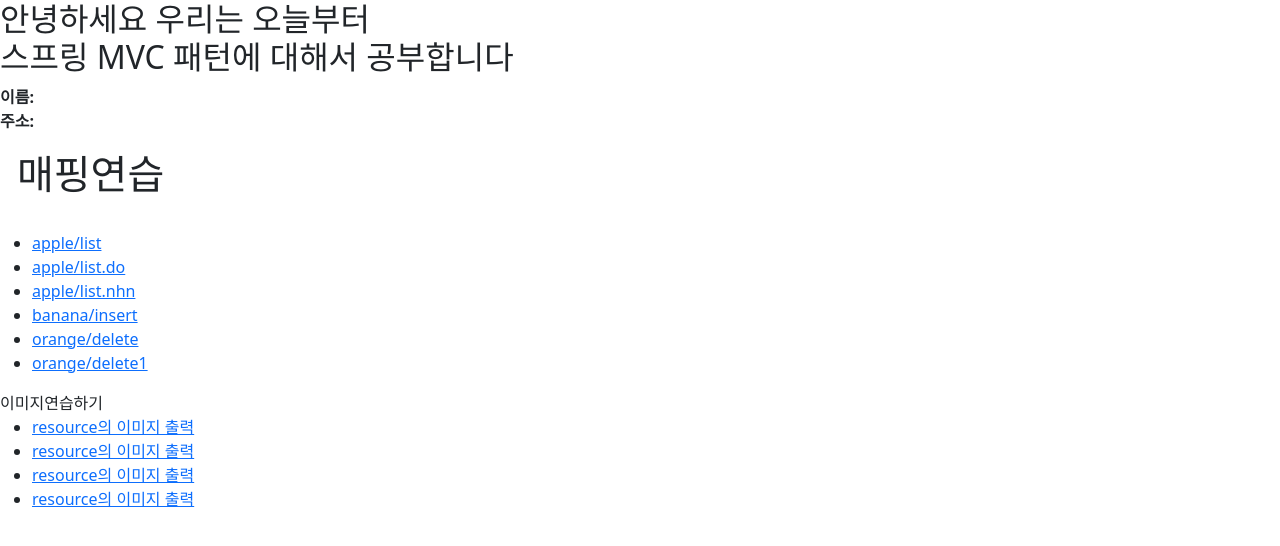
Repository: Hyeonqz/Spring
Page: http://localhost/SpringMVC0/WEB-INF/day1005/start.jsp
The author's editor kept a copy of each file at every save. The page is drawn from the files as they stood at one save, then again after the next save.
The browser window is 1280 px wide. The pictures show the whole page.
The page is served by Tomcat 9. Nobody is signed in. Other server files are loaded and not shown. The template is opened directly, without the code that normally fills it, so the values that code supplies are empty.

Above is the page before, as saved 2023-10-05 03:25:56.

### SpringMVC0/src/main/webapp/WEB-INF/day1005/start.jsp
<%@ page language="java" contentType="text/html; charset=UTF-8"
    pageEncoding="UTF-8"%>
<%@ taglib uri="http://java.sun.com/jsp/jstl/core" prefix="c" %>
<%@ taglib uri="http://java.sun.com/jsp/jstl/fmt" prefix="fmt" %>
<!DOCTYPE html>
<html>
<head>
<meta charset="UTF-8">
<link href="https://cdn.jsdelivr.net/npm/bootstrap@5.3.0/dist/css/bootstrap.min.css" rel="stylesheet">
<link href="https://fonts.googleapis.com/css2?family=VT323&display=swap" rel="stylesheet">
<script src="https://code.jquery.com/jquery-3.7.0.js"></script>
<title>JSTL</title>
</head>

<body>
	<h2>안녕하세요 우리는 오늘부터<br>
	스프링 MVC 패턴에 대해서 공부합니다
	</h2>
	<b>이름:${requestScope.name }</b><br>
	<b>주소:${addr }</b>

	<h1 class="alert aelrt-info">매핑연습</h1>
	<ul>
		<li><a href="apple/list">apple/list</a></li>
		<li><a href="apple/list">apple/list.do</a></li>
		<li><a href="apple/list">apple/list.nhn</a></li>
		<li><a href="banana/insert">banana/insert</a></li>
		<li><a href="orange/delete">orange/delete</a></li>
		<li><a href="orange/delete1">orange/delete1</a></li>
	</ul>

	<H1class="alert alert-success">이미지연습하기</H1>
	<ul>
		<li><a href="shop/detail">resource의 이미지 출력</a></li>
		<li><a href="board/insert/data">resource의 이미지 출력</a></li>
		<li><a href="">resource의 이미지 출력</a></li>
		<li><a href="">resource의 이미지 출력</a></li>
	</ul>





















</body>
</html>

After the next save:
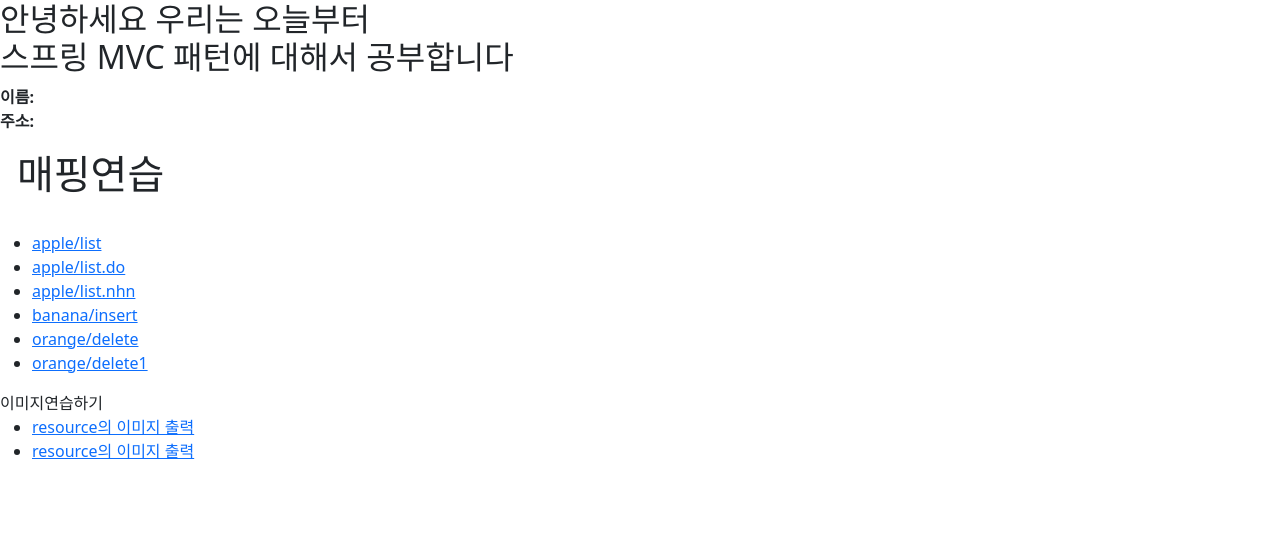
Saved 11 s later.
--- a/SpringMVC0/src/main/webapp/WEB-INF/day1005/start.jsp
+++ b/SpringMVC0/src/main/webapp/WEB-INF/day1005/start.jsp
@@ -33,8 +33,6 @@
 	<ul>
 		<li><a href="shop/detail">resource의 이미지 출력</a></li>
 		<li><a href="board/insert/data">resource의 이미지 출력</a></li>
-		<li><a href="">resource의 이미지 출력</a></li>
-		<li><a href="">resource의 이미지 출력</a></li>
 	</ul>
 
 
